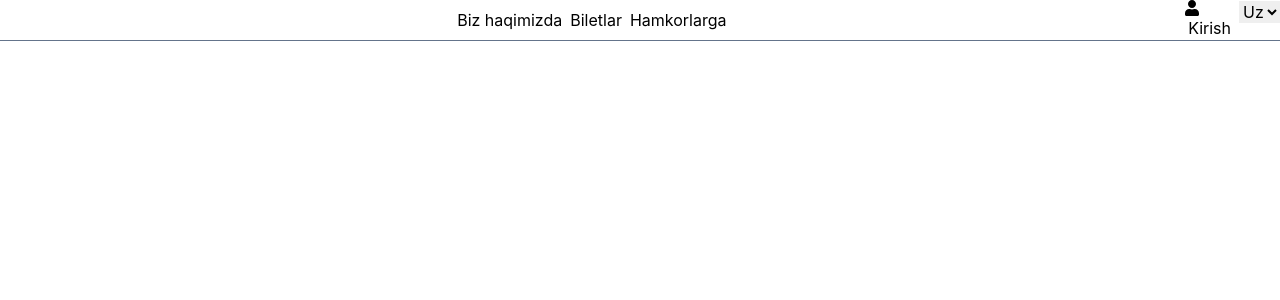
Repository: ziyodbek0300/avia-sales_
Page: /
The author's editor kept a copy of each file at every save. The page is drawn from the files as they stood at one save, then again after the next save.
The browser window is 1280 px wide. The pictures show the whole page.
The project was rebuilt for these pictures with package versions that can differ from the ones it lists, and the page was loaded fresh each time.

Above is the page before, as saved 2022-06-01 23:56:34.

After the next save:
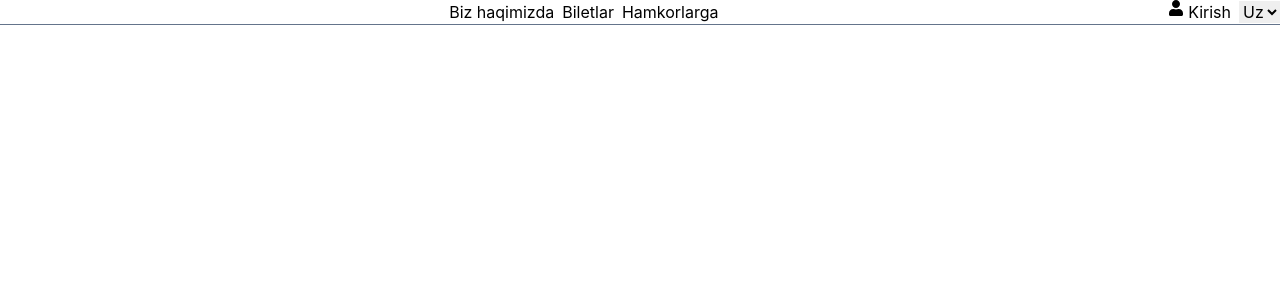
Saved 9 s later.
--- a/src/components/navbar/Navbar.jsx
+++ b/src/components/navbar/Navbar.jsx
@@ -12,7 +12,7 @@
                     <li>Hamkorlarga</li>
                 </ul>
                 <ul className='flex gap-2'>
-                    <li>
+                    <li className='flex'>
                         <FaUser />&nbsp;Kirish
                     </li>
                     <li>
